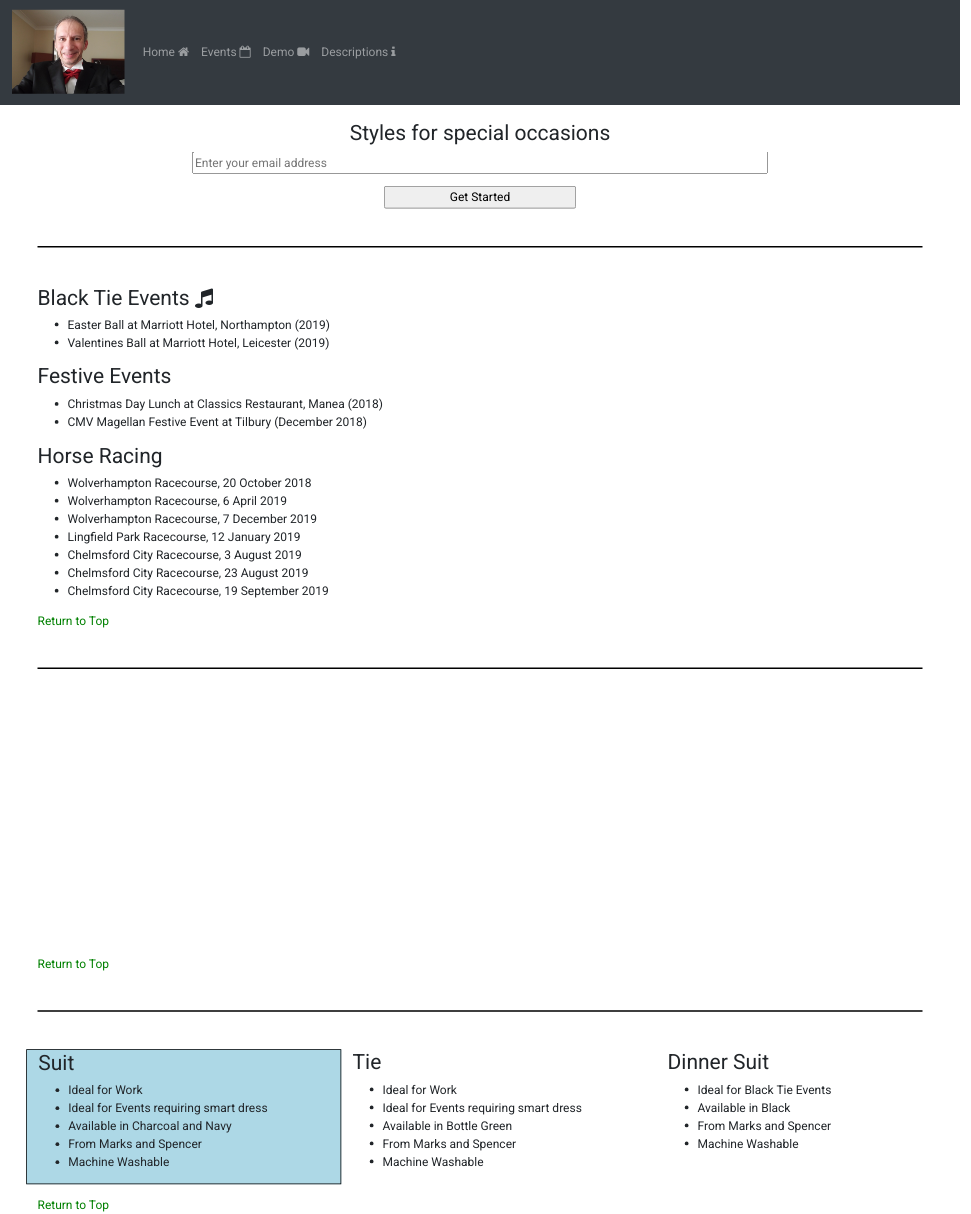
Repository: derektypist/product-landing-page
Page: index.html
The author's editor kept a record of every edit. The page is drawn from the files as they stood at one moment, then again after the next edit.
The browser window is 1280 px wide. The page is 1295 px wide, so the pictures cover 1295 px, including what lies to the right of the window. The pictures show the whole page, at 75% of full size.
Pictures or frames that could not be fetched are drawn as grey boxes.

Above is the page before.

After the next edit:
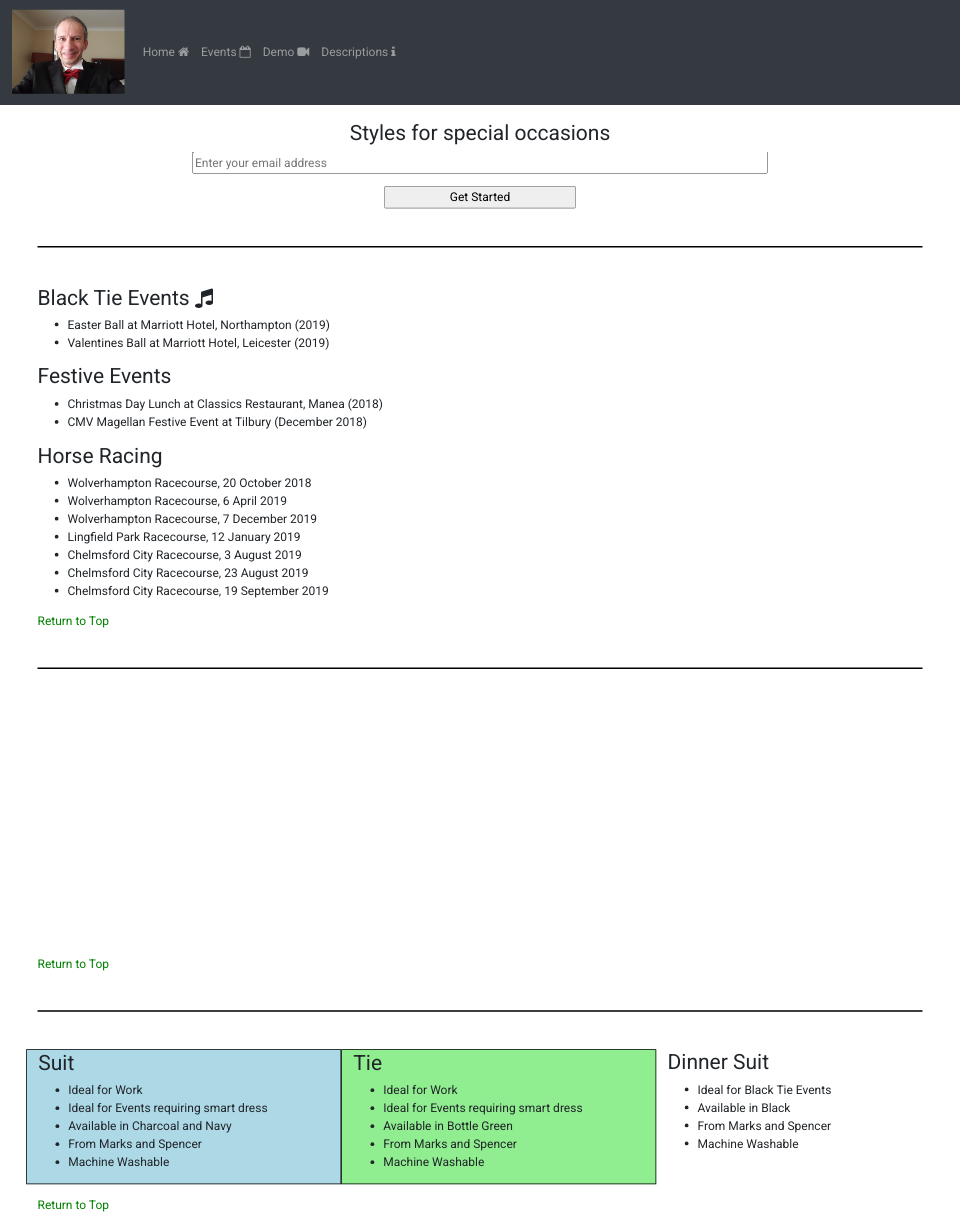
The edit:
--- a/index.html
+++ b/index.html
@@ -222,7 +222,7 @@
                         <li>Machine Washable</li>
                     </ul>
                 </article>
-                <article class="col-sm-4">
+                <article class="tie col-sm-4">
                     <!-- Provide Article for Tie -->
                     <h3>Tie</h3>
                     <ul>
